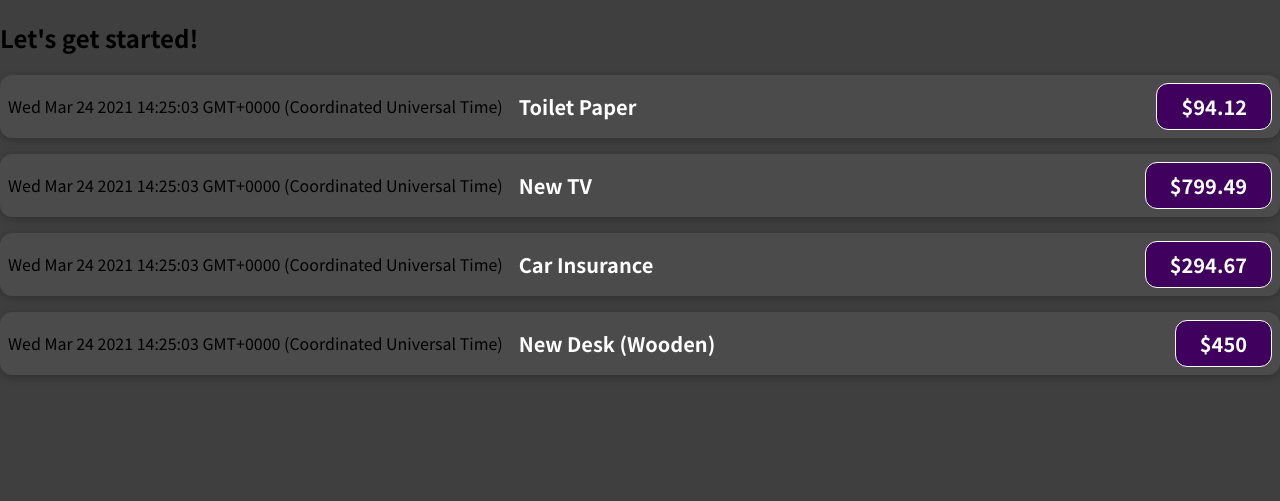
Repository: Dark-Developer93/react-complete-guide
Page: /
The author's editor kept a copy of each file at every save. The page is drawn from the files as they stood at one save, then again after the next save.
The browser window is 1280 px wide. The pictures show the whole page.
The project was rebuilt for these pictures with package versions that can differ from the ones it lists, and the page was loaded fresh each time.

Above is the page before, as saved 2022-11-04 16:49:57.

After the next save:
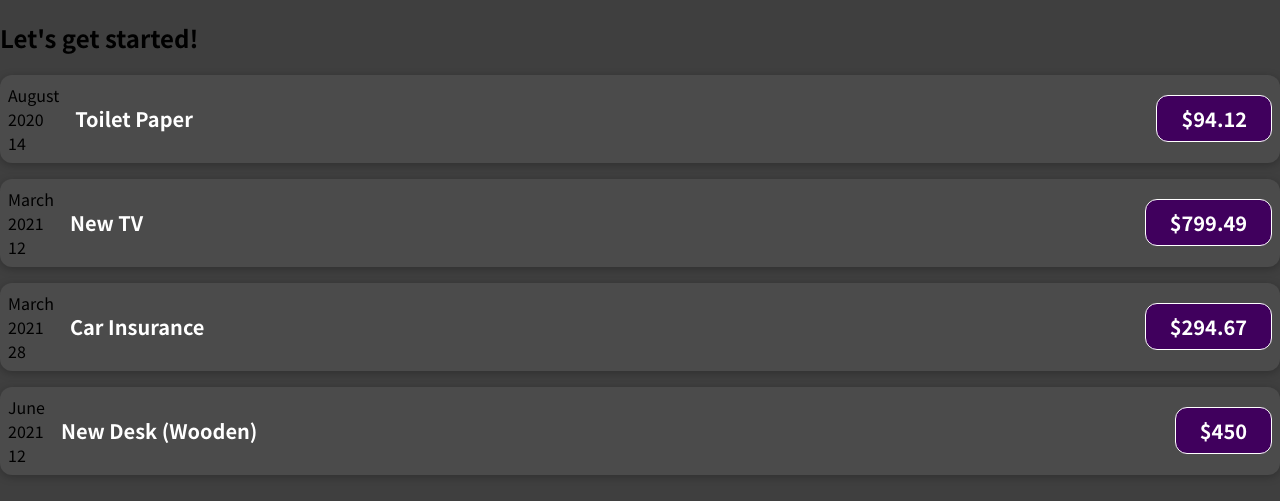
Saved 5 s later.
--- a/src/components/ExpenseItem.js
+++ b/src/components/ExpenseItem.js
@@ -5,7 +5,7 @@ const ExpenseItem = (props) => {
   const { title, amount, date } = props;
   return (
     <div className="expense-item">
-      <Date date={date} />
+      <ExpenseDate date={date} />
       <div className="expense-item__description">
         <h2>{title}</h2>
         <div className="expense-item__price">${amount}</div>
